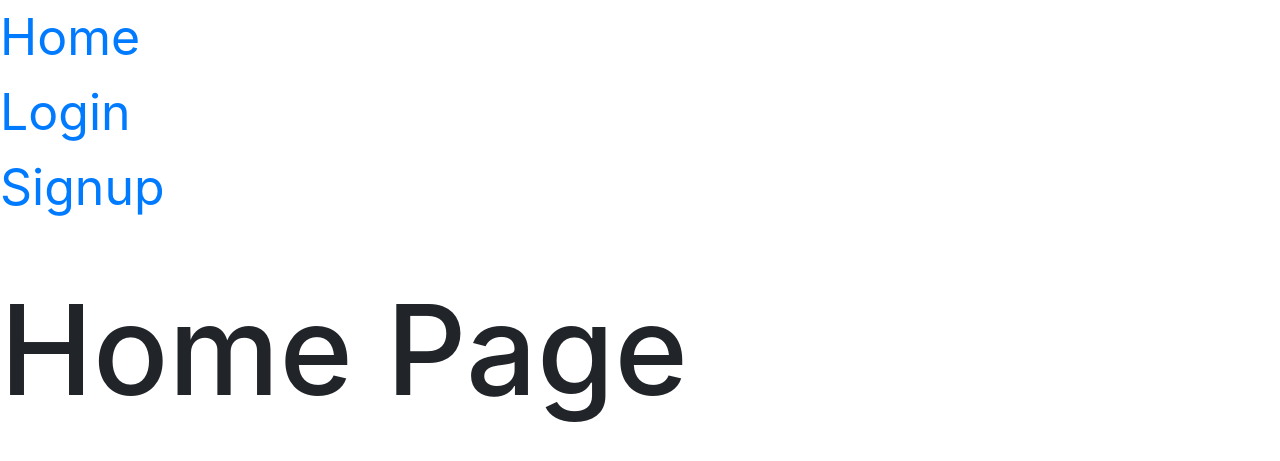
Repository: SCScbc-Projects2022/project-three
Page: / (app in client/)
An editor plug-in stored every save of this project. The page is shown before and after the next save, followed by the edit.
The browser window is 1280 px wide. The pictures show the whole page.
The project was rebuilt for these pictures with package versions that can differ from the ones it lists, and the page was loaded fresh each time. Also part of the build but not shown: client/src/utils/mutations.js, client/src/components/LoginForm.js, client/src/components/SignupForm.js.

Above is the page before, as saved 2022-07-18 10:21:31.

### client/public/index.html
<!DOCTYPE html>
<html lang="en">
  <head>
    <meta charset="utf-8" />
    <link rel="icon" href="%PUBLIC_URL%/favicon.ico" />
    <meta name="viewport" content="width=device-width, initial-scale=1" />
    <meta name="theme-color" content="#000000" />
    <meta
      name="description"
      content="Google Books search application with login"
    />
    <link rel="apple-touch-icon" href="%PUBLIC_URL%/logo192.png" />
    <link rel="manifest" href="%PUBLIC_URL%/manifest.json" />
    <link
      href="https://fonts.googleapis.com/css2?family=Rubik+Mono+One&family=Rubik:ital,wght@0,400;1,300&display=swap"
      rel="stylesheet"
    />
    <title>Project 3</title>
  </head>

  <body>
    <noscript>You need to enable JavaScript to run this app.</noscript>
    <div id="root"></div>
  </body>
</html>

### client/src/index.js
import React from 'react';
import ReactDOM from 'react-dom/client';
import 'bootstrap/dist/css/bootstrap.min.css';
import './index.css';
import App from './App';

const root = ReactDOM.createRoot(document.getElementById('root'));
root.render(
  <>
    <App />
  </>
);

### client/src/index.css
* {
  padding: 0;
  margin: 0;
  box-sizing: border-box;
  font-size: 50px;
}

### client/src/App.js
import React, { useState } from 'react';

import Navbar from './components/Navbar';

import Home from './pages/Home';

import LoginForm from './components/LoginForm';
import SignupForm from './components/SignupForm';

import { setContext } from '@apollo/client/link/context';

import {
  ApolloProvider,
  ApolloClient,
  InMemoryCache,
  createHttpLink,
} from '@apollo/client';

const httpLink = createHttpLink({
  uri: '/graphql',
});

const authLink = setContext((_, { headers }) => {
  const token = localStorage.getItem('id_token');
  return {
    headers: {
      ...headers,
      authorization: token ? `Bearer ${token}` : '',
    },
  };
});

const client = new ApolloClient({
  link: authLink.concat(httpLink),
  cache: new InMemoryCache(),
});

function App() {
  const [activePage, setActivePage] = useState({
    Home: true,
    Login: false,
    Signup: false,
  });

  return (
    <ApolloProvider client={client}>
      <main>
        <nav>
          <Navbar activePage={activePage} setActivePage={setActivePage} />
        </nav>
        <section id="main-wrapper">
          {activePage.Home ? (
            <Home />
          ) : activePage.Login ? (
            <LoginForm />
          ) : (
            <SignupForm />
          )}
        </section>
      </main>
    </ApolloProvider>
  );
}

export default App;

### client/src/components/Navbar.js
import React, { useState } from 'react';

import Auth from '../utils/auth';

const Navbar = ({ setActivePage, activePage }) => {
  const handlePage = (e) => {
    if (
      e.target.innerText == 'About me' ||
      e.target.innerText == 'Carlos Sabbah'
    ) {
      document.title = `Main - ${e.target.innerText}`;
      setActivePage({ about: true });
    } else if (e.target.innerText == 'Portfolio') {
      document.title = e.target.innerText;
      setActivePage({ portfolio: true });
    } else if (e.target.innerText == 'Contact') {
      document.title = e.target.innerText;
      setActivePage({ contact: true });
    } else if (e.target.innerText == 'Resume') {
      document.title = e.target.innerText;
      setActivePage({ resume: true });
    }
    setActiveNav(false);
  };

  const [activeNav, setActiveNav] = useState(false);

  return (
    <>
      <ul>
        <li>
          <a
            className={`navItem ${activePage.Home ? 'active' : ''}`}
            href="#Home"
            onClick={(e) => handlePage(e)}
          >
            Home
          </a>
        </li>
        {/* Add conditionally rendering for Login and Signup (i.e. Show signup when not logged in) */}
        <li>
          <a
            className={`navItem ${activePage.Login ? 'active' : ''}`}
            href="#Login"
            onClick={(e) => handlePage(e)}
          >
            Login
          </a>
        </li>
        <li>
          <a
            className={`navItem ${activePage.Signup ? 'active' : ''}`}
            href="#Signup"
            onClick={(e) => handlePage(e)}
          >
            Signup
          </a>
        </li>
      </ul>
    </>
  );
};

export default Navbar;

### client/src/pages/Home.js
import React from 'react';

const home = () => {
  return (
    <>
      <h1>Home Page</h1>
    </>
  );
};

export default home;

### client/src/utils/auth.js
import decode from 'jwt-decode';

class AuthService {
  // retrieve data saved in token
  getProfile() {
    return decode(this.getToken());
  }

  loggedIn() {
    // check if the user is still logged in
    const token = this.getToken(); // Checks if there is a saved token and it's still valid
    // use type coersion to check if token is NOT undefined and the token is NOT expired
    return !!token && !this.isTokenExpired(token);
  }

  // check if the token has expired
  isTokenExpired(token) {
    try {
      const decoded = decode(token);
      if (decoded.exp < Date.now() / 1000) {
        return true;
      } else {
        return false;
      }
    } catch (err) {
      return false;
    }
  }

  // retrieve token from localStorage
  getToken() {
    // Retrieves the user token from localStorage
    return localStorage.getItem('id_token');
  }

  // set token to localStorage and reload page to homepage
  login(idToken) {
    // Saves user token to localStorage
    localStorage.setItem('id_token', idToken);

    window.location.assign('/');
  }

  // clear token from localStorage and force logout with reload
  logout() {
    // Clear user token and profile data from localStorage
    localStorage.removeItem('id_token');
    localStorage.removeItem('saved_books');

    // this will reload the page and reset the state of the application
    window.location.assign('/');
  }
}
export default new AuthService();

After the next save:
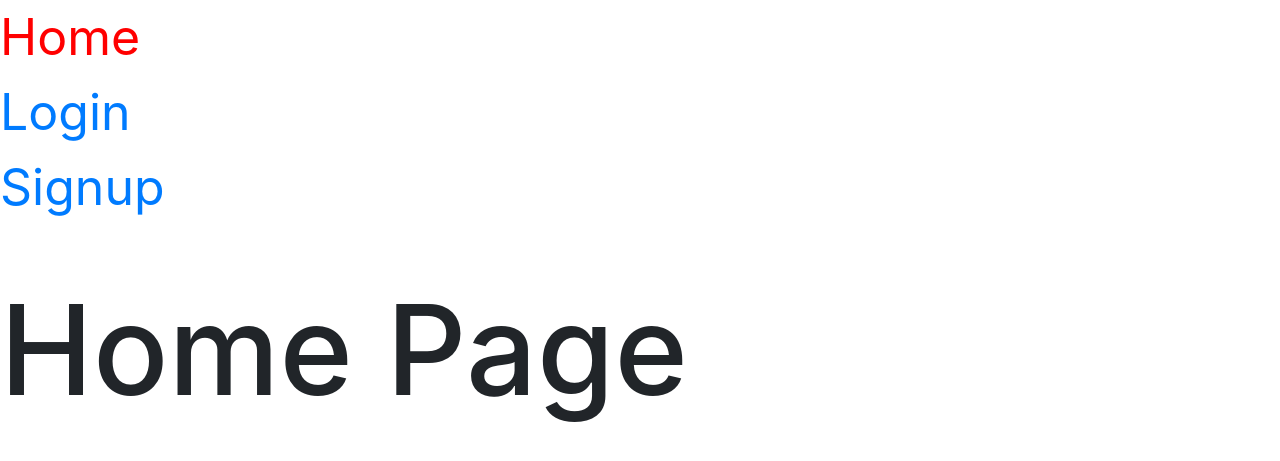
Saved 22 s later.
--- a/client/src/index.css
+++ b/client/src/index.css
@@ -4,3 +4,7 @@
   box-sizing: border-box;
   font-size: 50px;
 }
+
+.navItem.active {
+  color: red;
+}
